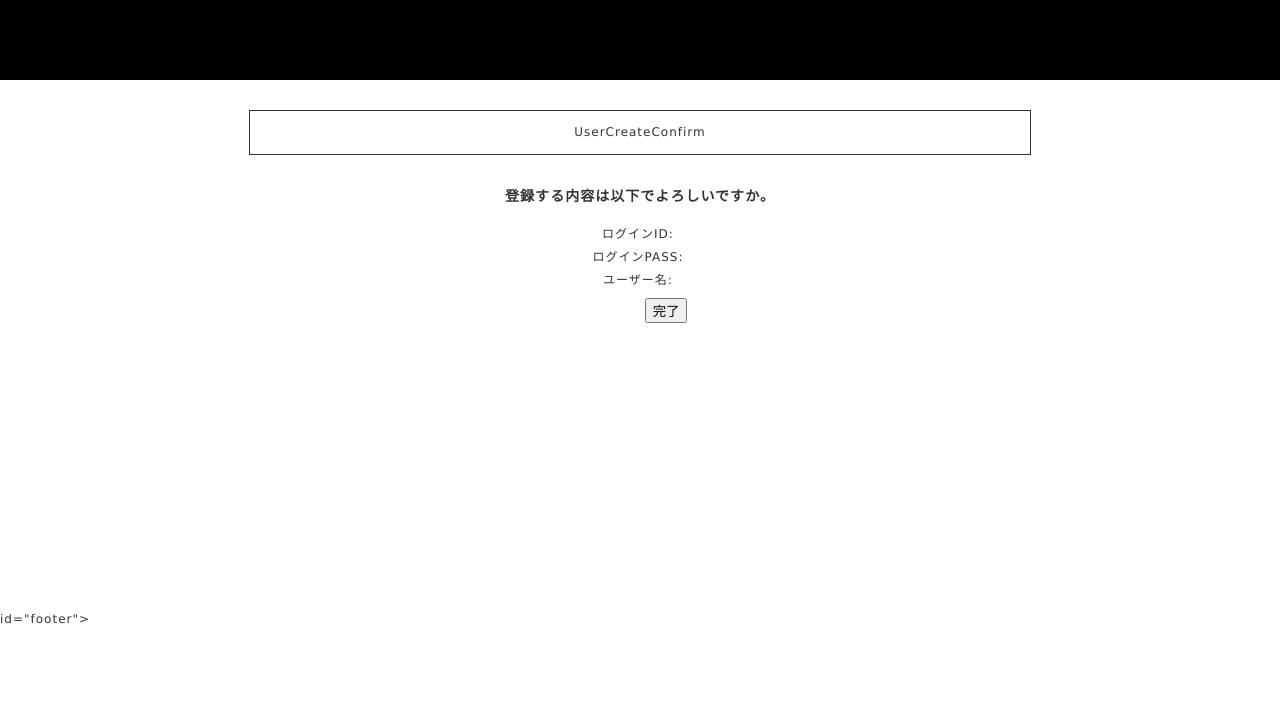
Repository: takaya1112/ECsite
Page: http://localhost/ecsite/userCreateConfirm.jsp
An editor plug-in stored every save of this project. The page is shown before and after the next save, followed by the edit.
The browser window is 1280 px wide. The pictures show the whole page.
The page is served by Tomcat 9. Other server files are loaded and not shown.

Above is the page before, as saved 2018-11-02 10:08:38.

### ecsite/WebContent/userCreateConfirm.jsp
<%@ page language="java" contentType="text/html; charset=UTF-8"
	pageEncoding="UTF-8"%>

<%@ taglib prefix="s" uri="/struts-tags"%>
<!DOCTYPE html>
<html>
<head>

<meta http-equiv="Content-Type" content="text/html; charset=utf-8" />
<meta http-equiv="Content-Style-Type" content="text/css" />
<meta http-equiv="Content-Script-Type" content="text/javascript" />
<meta http-equiv="imagetoolbar" content="no" />
<meta name="description" content="" />
<meta name="keywords" content="" />
<title>UserCreateConfirm画面</title>
<style type="text/css">
/* ========TAG LAYOUT======== */
body {
	margin: 0;
	padding: 0;
	line-height: 1.6;
	letter-spacing: 1px;
	font-family: Verdana, Helvetica, sans-serif;
	font-size: 12px;
	color: #333;
	background: #fff;
}

table {
	text-align: center;
	margin: 0 auto;
}
/* ========ID LAYOUT======== */
#top {
	width: 780px;
	margin: 30px auto;
	border: 1px solid #333;
}

#header {
	width: 100%;
	height: 80px;
	background-color: black;
}

#main {
	width: 100%;
	height: 500px;
	text-align: center;
}

#footer {
	width: 100%;
	height: 80px;
	background-color: black;
	clear: both;
}
</style>

</head>
<body>
	<div id="header">
		<div id="pr">
		</div>
	</div>
	<div id="main">
		<div id="top">
			<p>UserCreateConfirm</p>
		</div>
		<div>
			<h3>登録する内容は以下でよろしいですか。</h3>
			<table>
				<s:form action="UserCreateCompleteAction">
					<tr id="box">
						<td>
						    <label>ログインID:</label>
						</td>
						<td>
						    <s:property value="loginUserId" escape="false" />
						</td>
					</tr>
					<tr id="box">
						<td>
						    <label>ログインPASS:</label>
						</td>
						<td>
						    <s:property value="loginPassword" escape="false" />
						</td>
					</tr>
					<tr id="box">
						<td>
						    <label>ユーザー名:</label>
						</td>
						<td>
						    <s:property value="userName" escape="false" />
						</td>
					</tr>
					<tr>
						<td>
						    <s:submit value="完了" />
						</td>
					</tr>
				</s:form>

			</table>

		</div>

	</div>
	id="footer">

	<div id="pr"></div>


</body>
</html>

After the next save:
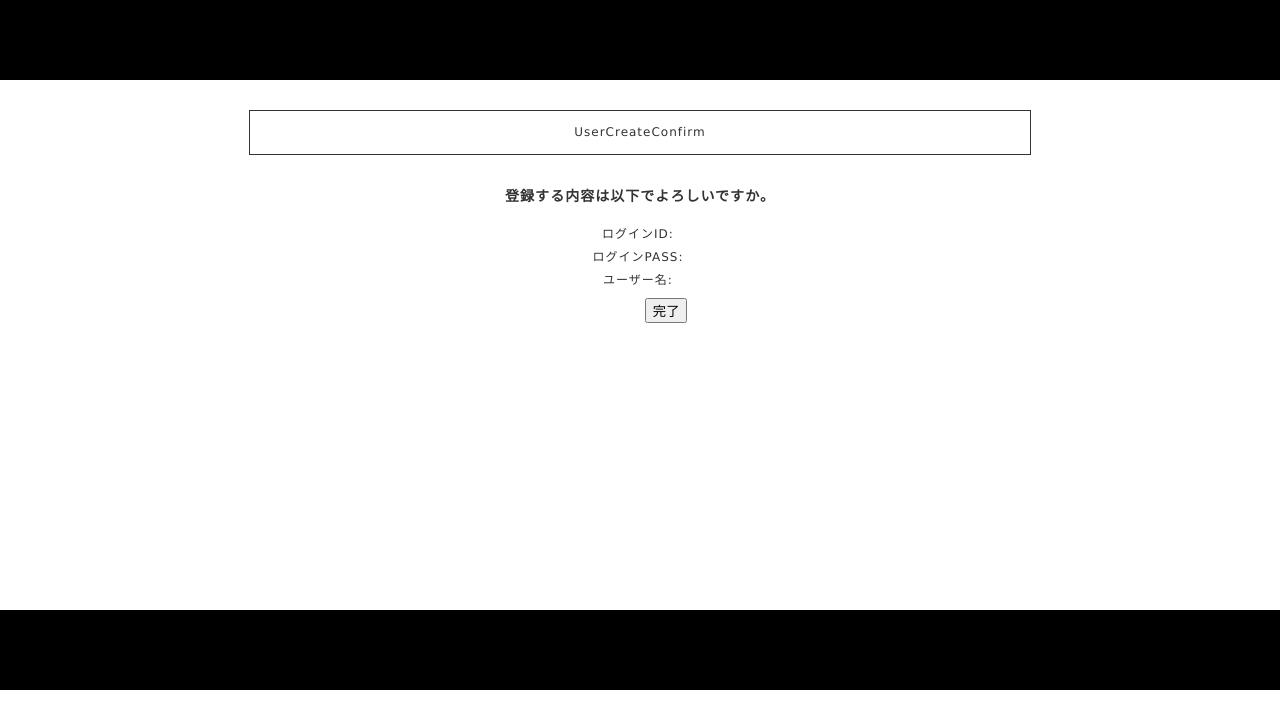
Saved 17 s later.
--- a/ecsite/WebContent/userCreateConfirm.jsp
+++ b/ecsite/WebContent/userCreateConfirm.jsp
@@ -101,13 +101,10 @@ table {
 						</td>
 					</tr>
 				</s:form>
-
 			</table>
-
 		</div>
-
 	</div>
-	id="footer">
+	<div id="footer">
 
 	<div id="pr"></div>
 
